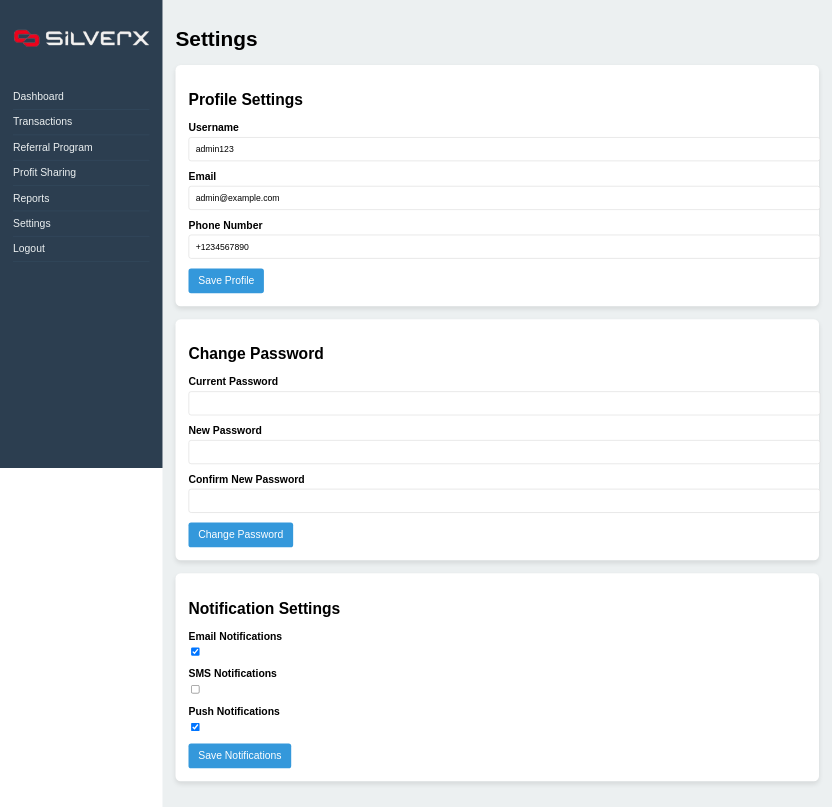
Repository: 2025silverx/slivedrX
Page: setting.html
An editor plug-in stored every save of this project. The page is shown before and after the next save, followed by the edit.
The browser window is 1280 px wide. The pictures show the whole page, at 65% of full size.

Above is the page before, as saved 2025-01-19 13:52:09.

After the next save:
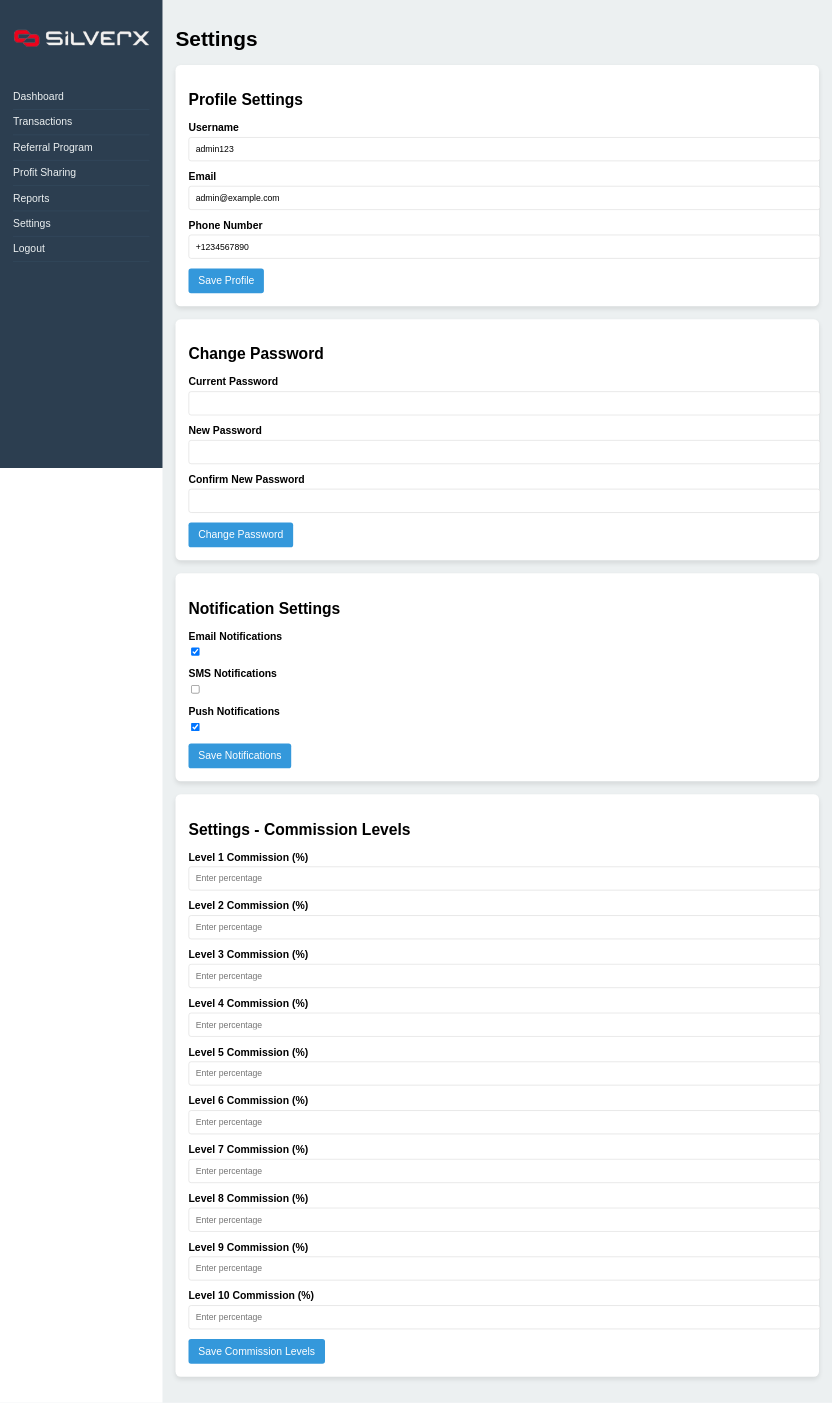
Saved 96 s later.
--- a/setting.html
+++ b/setting.html
@@ -22,7 +22,6 @@
             </ul>
         </div>
     </div>
-
 
     <!-- Main Content -->
     <div class="main-content">
@@ -87,6 +86,55 @@
                 <button type="submit" class="btn">Save Notifications</button>
             </form>
         </div>
+
+        <!-- Commission Structure Section -->
+        <div class="settings-section">
+            <h2>Settings - Commission Levels</h2>
+            <form class="settings-form">
+                <div class="form-group">
+                    <label for="level-1">Level 1 Commission (%)</label>
+                    <input type="number" id="level-1" name="level-1" placeholder="Enter percentage" required>
+                </div>
+                <div class="form-group">
+                    <label for="level-2">Level 2 Commission (%)</label>
+                    <input type="number" id="level-2" name="level-2" placeholder="Enter percentage" required>
+                </div>
+                <div class="form-group">
+                    <label for="level-3">Level 3 Commission (%)</label>
+                    <input type="number" id="level-3" name="level-3" placeholder="Enter percentage" required>
+                </div>
+                <div class="form-group">
+                    <label for="level-4">Level 4 Commission (%)</label>
+                    <input type="number" id="level-4" name="level-4" placeholder="Enter percentage" required>
+                </div>
+                <div class="form-group">
+                    <label for="level-5">Level 5 Commission (%)</label>
+                    <input type="number" id="level-5" name="level-5" placeholder="Enter percentage" required>
+                </div>
+                <div class="form-group">
+                    <label for="level-6">Level 6 Commission (%)</label>
+                    <input type="number" id="level-6" name="level-6" placeholder="Enter percentage" required>
+                </div>
+                <div class="form-group">
+                    <label for="level-7">Level 7 Commission (%)</label>
+                    <input type="number" id="level-7" name="level-7" placeholder="Enter percentage" required>
+                </div>
+                <div class="form-group">
+                    <label for="level-8">Level 8 Commission (%)</label>
+                    <input type="number" id="level-8" name="level-8" placeholder="Enter percentage" required>
+                </div>
+                <div class="form-group">
+                    <label for="level-9">Level 9 Commission (%)</label>
+                    <input type="number" id="level-9" name="level-9" placeholder="Enter percentage" required>
+                </div>
+                <div class="form-group">
+                    <label for="level-10">Level 10 Commission (%)</label>
+                    <input type="number" id="level-10" name="level-10" placeholder="Enter percentage" required>
+                </div>
+                <button type="submit" class="btn">Save Commission Levels</button>
+            </form>
+        </div>
+
     </div>
 
     <script src="settings.js"></script>
